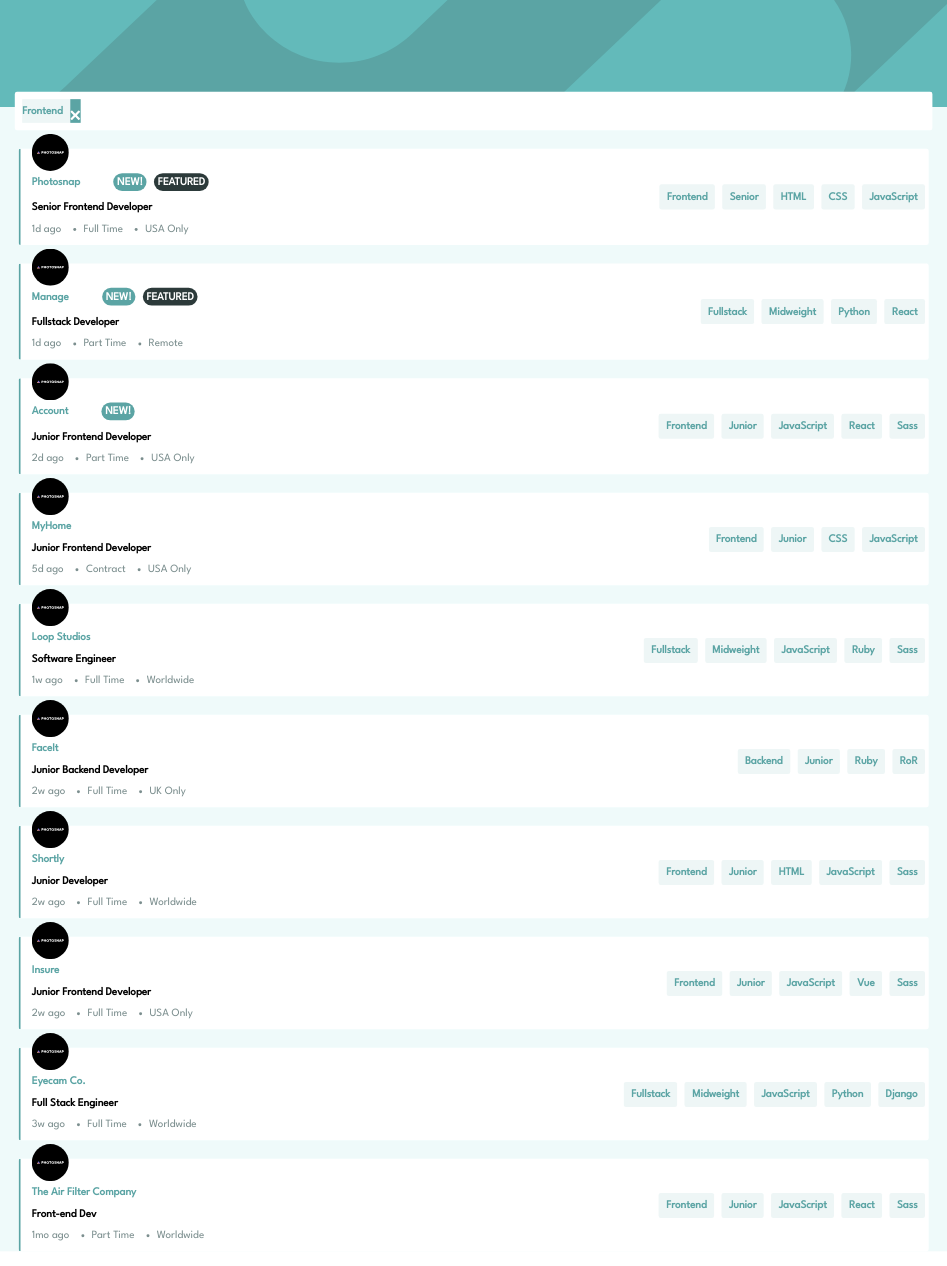
Repository: DevLaukey/job-listing
Page: /
These files come from the project's save history. The page is drawn as it stood at one moment and after the next save; the edit follows.
The browser window is 1280 px wide. The pictures show the whole page, at 74% of full size.
Some web fonts or font styles are not loaded; a fallback is used. The project was rebuilt for these pictures with package versions that can differ from the ones it lists, and the page was loaded fresh each time.

Above is the page before, as saved 2022-06-03 01:02:51.

### src/App.js
import "./App.css";
import Filter from "./components/Filter";
import Header from "./components/Header";
import Tablet from "./components/Tablet";
import data from "./data.json";

function App() {
  const tablets = data.map((data) => <Tablet
    key={data.id}
    company={data.company}
    neew={data.new}
    featured={data.featured}
    position={data.position}
    role={data.role}
    level={data.level}
    postedAt={data.postedAt}
    contract={data.contract}
    location={data.location}
    languages={data.languages}
    tools={data.tools}
    logo={data.logo} />);
  return (
    <div className="App">
      <Header />
      <Filter />
      <div className="content">{tablets}</div>
    </div>
  );
}

export default App;

### src/App.css
@import url('https://fonts.googleapis.com/css2?family=Grape+Nuts&family=League+Spartan&display=swap');
*{
  margin: 0;
  padding: 0;
  box-sizing: border-box;
}
.App{
  background-color: hsl(180, 52%, 96%);
  font-size: 15px;
}

### src/components/Filter.js
import React from 'react'
import icon from "./images/icon-remove.svg";
function Filter() {
  return (
      <div className="tablet filter">
          <div className="option">
              <p className="frontend">Frontend</p>
              <div className="icon">

              <img src={icon } alt="" />
              </div>
          </div>
    </div>
  )
}

export default Filter

### src/components/Header.js
import React from 'react'
import "./styles.css"

function Header() {
  return (
    <header className='header'></header>
  )
}

export default Header

### src/components/Tablet.js
import React from "react";
import "./styles.css";
import logos from "./images/photosnap.svg";
function Tablet({ key, company, logo, neew, featured, position, role, level, postedAt, contract, location, languages, tools }) {
    // console.log(logo);
    // const logos = require(logo).default;
    // console.log(logos)
    return (
      <div className="tablet boarder">
        <div className="tablet_content" >
          <img className="image" src={logos} alt="" />

          <div className="heading">
            <div className="company">
              <p>{company}</p>
            </div>
            <div>{neew && <p className="new">NEW!</p>}</div>
            <div>{featured && <p className="featured">FEATURED</p>}</div>
          </div>
          <div className="title">
            <p>{position}</p>
          </div>
          <div className="details">
            <p>{postedAt}</p>
            <ul className="list">
              <li>{contract}</li>
              <li className="country">{location}</li>
            </ul>
          </div>
          <hr className="line" />
        </div>
          <div className="tags">
            <p className="category">{role}</p>
            <p className="category">{level}</p>
            {languages.map((language) => (
              <p className="category"> {language}</p>
            ))}
            {tools.map((tool) => (
              <p className="category"> {tool}</p>
            ))}
          </div>
      </div>
    );
}

export default Tablet;

### src/components/styles.css
.header {
  background-image: url(../assets/bg-header-mobile.svg);
  padding: 10vh;
  background-color: hsl(180, 29%, 50%);
}
.tablet {
  background-color: white;
  margin: 25px 25px 20px 25px;
  font-family: "League Spartan", sans-serif;
  border-radius: 3px;
  font-weight: 700;
}
.boarder {
  border-left: 3px solid hsl(180, 29%, 50%);
}
.tablet_content {
  margin-left: 15px;
  margin-right: 25px;
  align-items: center;
}
.image {
  height: 50px;
  margin-top: -20px;
}
.heading {
  display: flex;
}
.company {
  color: hsl(180, 29%, 50%);
  margin-right: 3em;
  margin-top: 5px;
}
.new {
  background-color: hsl(180, 29%, 50%);
  padding: 5px;
  color: white;
  border-radius: 25px;
  margin-right: 10px;
}
.featured {
  background-color: hsl(180, 14%, 20%);
  padding: 5px;
  color: white;
  border-radius: 25px;
}
.title {
  margin-top: 15px;
}
.details {
  display: flex;
  color: hsl(180, 8%, 52%);
  font-weight: 400;
  margin-top: 15px;
  margin-bottom: 15px;
}
.list {
  display: flex;
  margin-left: 2em;
}
.country {
  margin-left: 2em;
}
.line {
  margin-bottom: 15px;
  color: gray;
}
.tags {
  color: hsl(180, 29%, 50%);
  display: flex;
  flex-wrap: wrap;
}
.category {
  background-color: hsl(180, 31%, 95%);
  padding: 10px;
  border-radius: 3px;
  margin: 5px;
}

.filter {
  display: flex;
  padding: 10px;
  border-radius: 3px;
  margin: -20px 20px 5px 20px;
  flex-wrap: wrap;
}
.option {
    background-color: hsl(180, 31%, 95%);
  color: hsl(180, 29%, 50%);
  display: flex;
  align-items: center;
  width : fit-content;
}
.front-end{
    flex-grow: 2;
}
.icon {
  margin-left: 10px;
 flex-grow: 1;
 height:100%;
 padding-top: 15px;
  background-color: hsl(180, 29%, 50%);
}
/* media query */

@media screen and (min-width: 768px) {
  .header {
    background-image: url(../assets/bg-header-desktop.svg);
  }
  .line {
    display: none;
  }
  .tablet {
    display: flex;
    align-items: center;
    justify-content: space-between;
  }
}

Loaded but not shown: public/index.html (common file); src/index.js (common file); src/index.css (common file); src/reportWebVitals.js (common file); src/data.json (common file)

After the next save:
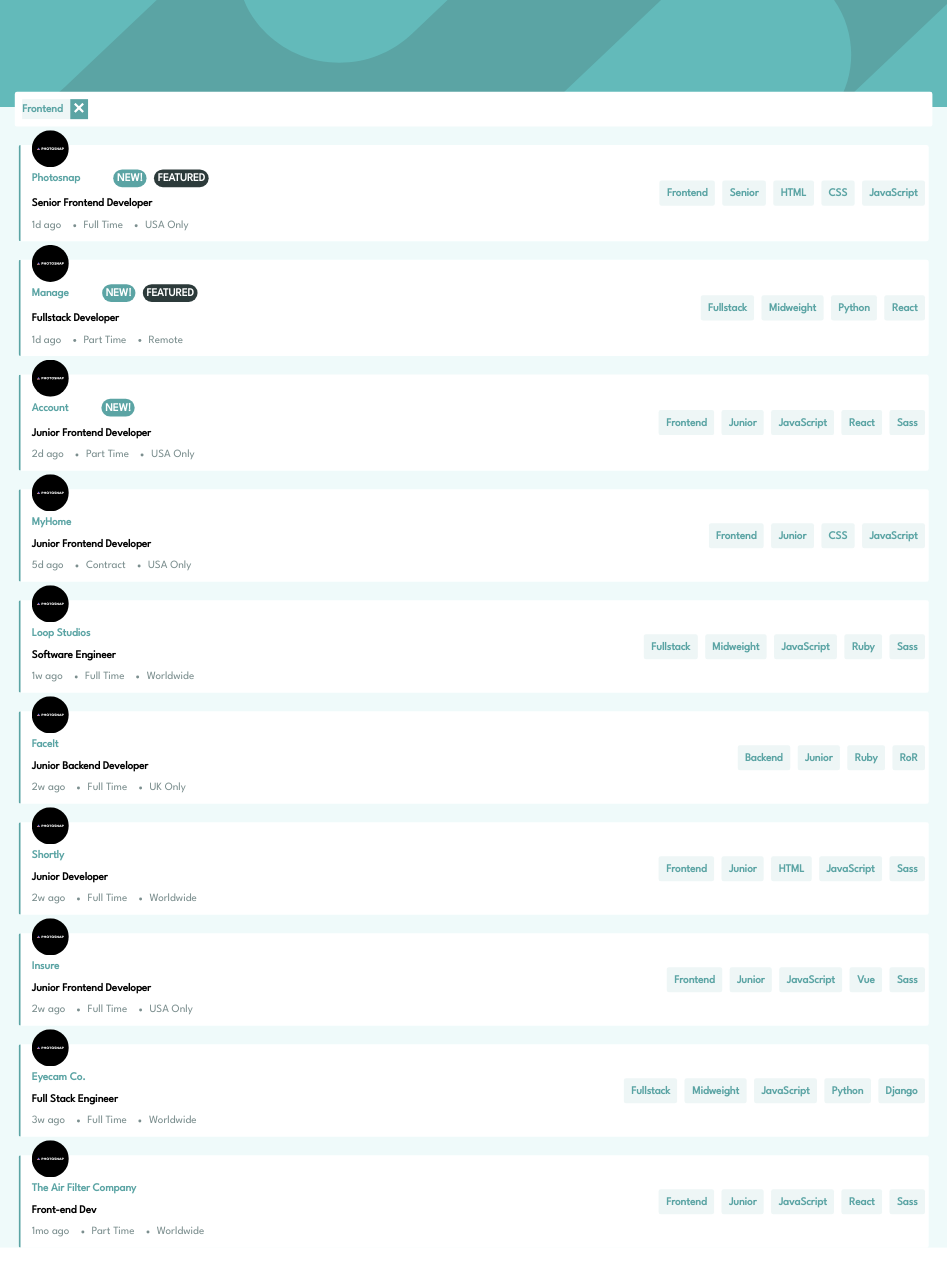
Saved 28 s later.
--- a/src/components/styles.css
+++ b/src/components/styles.css
@@ -97,7 +97,7 @@
   margin-left: 10px;
  flex-grow: 1;
  height:100%;
- padding-top: 15px;
+ padding: 5px;
   background-color: hsl(180, 29%, 50%);
 }
 /* media query */
